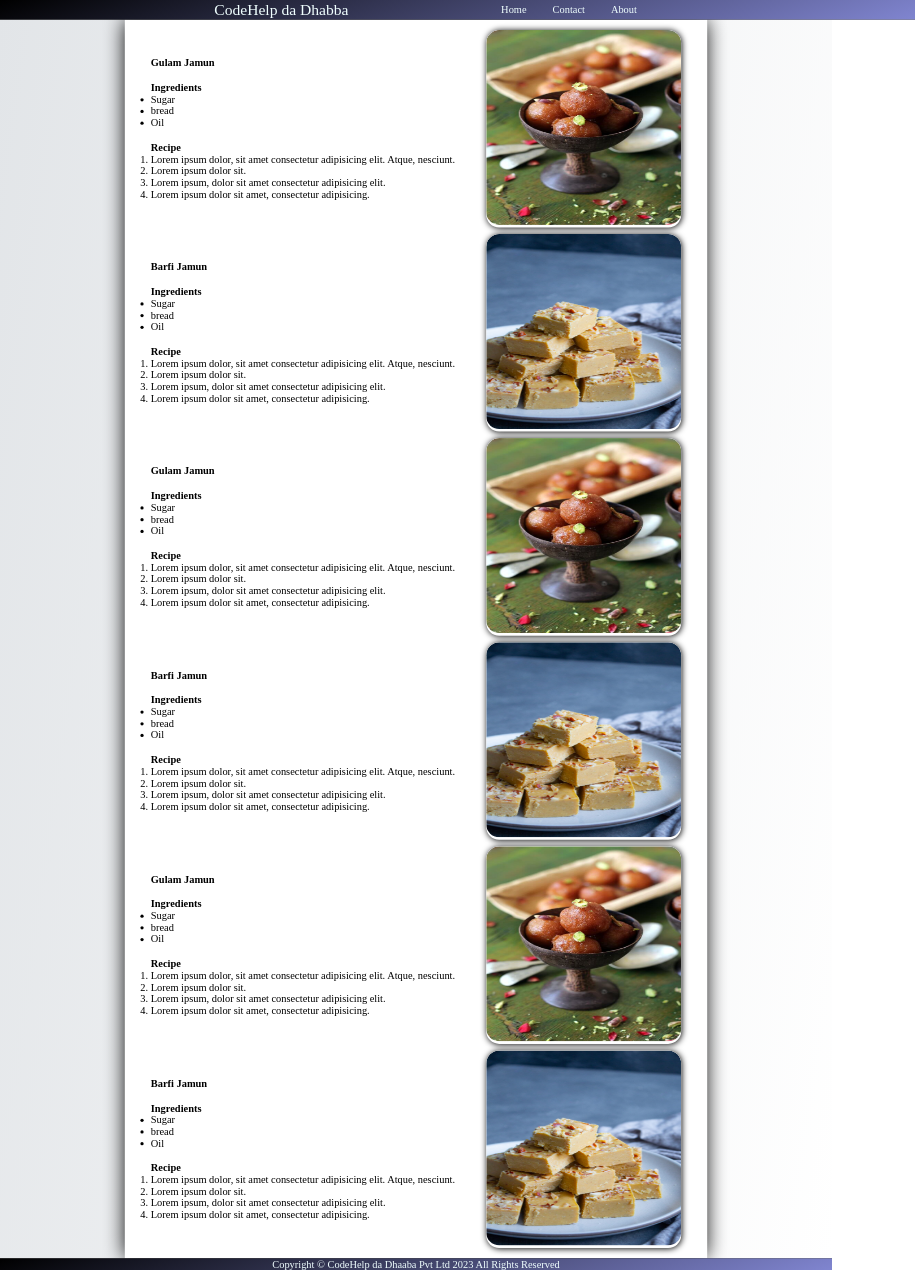
Repository: ssaddamhuss100/Recipe_Html_css
Page: index.html
An editor plug-in stored every save of this project. The page is shown before and after the next save, followed by the edit.
The browser window is 1280 px wide. The page is 1408 px wide, so the pictures cover 1408 px, including what lies to the right of the window. The pictures show the whole page, at 65% of full size.

Above is the page before, as saved 2024-12-12 10:59:39.

After the next save:
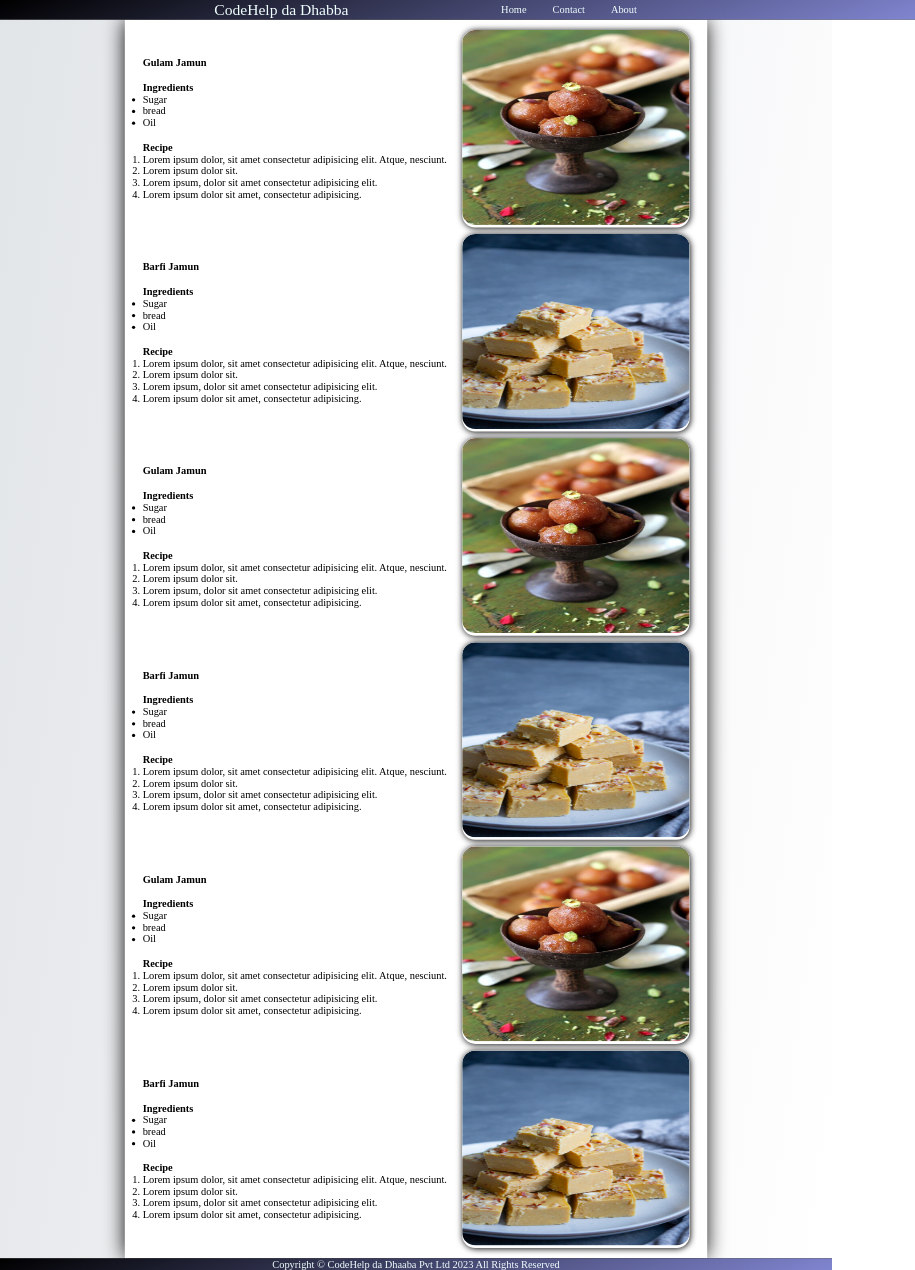
Saved 6 s later.
--- a/style.css
+++ b/style.css
@@ -98,7 +98,7 @@ footer{
 
 .rightBox img{
     height: 300px;
-    width: 300px;
+    width: 350px;
     border-radius: 20px;
     transition: all 0.6s linear 0s;
 }
